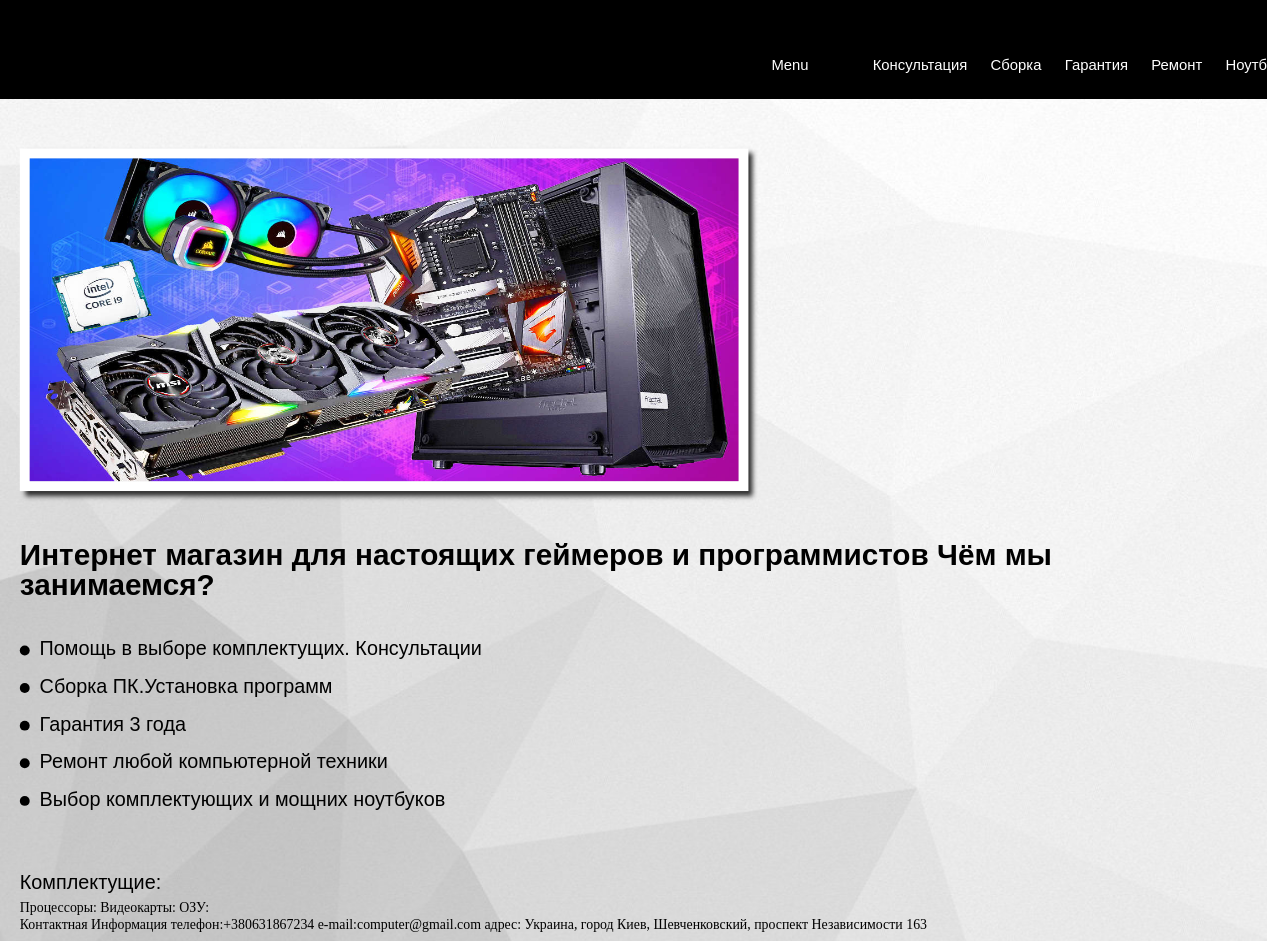
Repository: Bohdan-Sandovenko/First-Project-Flex
Page: index.html
An editor plug-in stored every save of this project. The page is shown before and after the next save, followed by the edit.
The browser window is 1280 px wide. The pictures show the whole page, at 99% of full size.
The style sheet was rebuilt from its Sass, Less or Tailwind sources for each picture, by a compiler version that may differ from the author's.

Above is the page before, as saved 2024-07-28 23:57:28.

### index.html
<!DOCTYPE html>
<html lang="en">
<head>
    <meta charset="UTF-8">
    <meta name="viewport" content="width=device-width, initial-scale=1.0">
    <link rel="stylesheet" href="css/style.css">
    <title>Document</title>
</head>
<body>
    <header class="top-of-site">
        <nav class="nav-links-of-top">
            <button class="button-menu">Menu</button>
            <a href="">Консультация</a>
            <a href="">Сборка</a>
            <a href="">Гарантия</a>
            <a href="">Ремонт</a>
            <a href="">Ноутбуки</a>
        </nav>
    </header>
    <main class="content">
        <div class="content-top">
            <div class="content-top-image-block">
                <img src="images/first images.jpg" alt="sorry" class="content-top-image">
            </div>
            <span class="content-top-text-inside">Интернет магазин для настоящих геймеров и программистов
            Чём мы занимаемся?</span>
            <ul class="content-top-list">
                <li>Помощь в выборе комплектущих. Консультации</li>
                <li>Сборка ПК.Установка программ</li>
                <li>Гарантия 3 года</li>
                <li>Ремонт любой компьютерной техники</li>
                <li>Выбор комплектующих и мощних ноутбуков</li>
            </ul>
        </div>
        <div class="content-bottom">
            Комплектущие:
            <div class="photos-computer-compotent">
                Процессоры:
                Видеокарты:
                ОЗУ:
            </div>
        </div>
        <footer class="footer">
            Контактная Информация
            телефон:+380631867234
            e-mail:computer@gmail.com
            адрес: Украина, город Киев, Шевченковский, проспект Независимости 163
        </footer>
    </main>
</body>
</html>

### css/style.scss
@import "nullstyles.scss";
$color-black: black;
$color-white: white;
$color-green: rgb(5, 132, 132);
$color-grey: rgb(196, 199, 199);
$color-content: rgb(235, 235, 235);
$font-family-top: Arial, Helvetica, sans-serif;
$font-weight-header: 400;
$back-color-list-before: black;

%styles-link-top {
    margin: 0 40px 0px 0px;
    height: 30px;
    width: 80px;
    border-radius: 5px;
    background-color: $color-black;
    color: $color-white;
    font-family: $font-family-top;
    font-weight: $font-weight-header;
    font-size: 15px;
}

.top-of-site {
    width: 100%;
    height: 100px;
    background-color: black;
    padding: 50px;
    position: fixed;

    .nav-links-of-top {
        position: relative;
        top: 50%;
        right: -60%;

        .button-menu {
            // margin: 0 40px 0px 0px;
            // height: 30px;
            // width: 80px;
            // border-radius: 5px;
            // background-color: $color-black;
            // color: $color-white;
            // font-family: $font-family-top;
            // font-weight: $font-weight-header;
            // font-size: 15px;
            @extend %styles-link-top;

            &:hover {
                opacity: 0.9;
                border: 1px solid $color-green;
            }

            &:active {
                width: 79.5px;
                color: $color-grey;
            }

        }
    }

    a {
        padding: 0 20px 0 0;
        color: $color-white;
        font-family: Arial, Helvetica, sans-serif;
        font-weight: 400;
        font-size: 15px;
    }
}

////////////////////////////////////////////////////////////////////////////////////////////////
.content {
    padding: 100px 20px 10px 20px;
    background: url('../images/background-1.jpg');

    .content-top {
        margin-bottom: 50px;

        .content-top-image-block {
            margin: 50px 0px 50px 0px;

            .content-top-image {
                width: 736px;
                height: 346px;
                border: 10px solid $color-white;
                box-shadow: 5px 5px 5px rgb(41, 41, 41);
            }
        }

        .content-top-text-inside {
            font-family: $font-family-top;
            font-weight: 700;
            font-size: 30px;
        }

        .content-top-list {
            margin-top: 30px;
        }

        .content-top-list li {
            font-family: $font-family-top;
            font-size: 20px;
            line-height: 1.9;

            &::before {
                content: "";
                border-radius: 50%;
                width: 10px;
                height: 10px;
                background-color: $back-color-list-before;
                display: inline-block;
                margin-right: 10px;
            }

            &:nth-child(1):hover {
                font-size: 21px;
                font-weight: bold;
            }

            &:nth-child(2):hover {
                font-size: 21px;
                font-weight: bold;
            }

            &:nth-child(3):hover {
                font-size: 21px;
                font-weight: bold;
            }

            &:nth-child(4):hover {
                font-size: 21px;
                font-weight: bold;
            }

            &:nth-child(5):hover {
                font-size: 21px;
                font-weight: bold;
            }

            &:hover::before {
                background-color: rgb(140, 4, 4);
            }
        }
    }

    ///content bottom
    .content-bottom {
        line-height: 1.5;

        &::first-line {
            font-family: $font-family-top;
            font-weight: 400;
            font-size: 20px;
        }
    }
}

### css/nullstyles.scss
* {
    padding: 0;
    margin: 0;
    border: 0;
}


*,
*:before,
*:after {
    -webkit-box-sizing: border-box;
    -moz-box-sizing: border-box;
    box-sizing: border-box;
}


:focus,
:active {
    outline: none;
}

a:focus,
a:active {
    outline: none;
}


nav,
footer,
header,
aside {
    display: block;
}


html,
body {
    height: 100%;
    width: 100%;
    font-size: 100%;
    line-height: 1;
    font-size: 14px;
    -ms-text-size-adjust: 100%;
    -moz-text-size-adjust: 100%;
    -webkit-text-size-adjust: 100%;
}


input,
button,
textarea {
    font-family: inherit;
}


input::-ms-clear {
    display: none;
}

button {
    cursor: pointer;
}

button::-moz-focus-inner {
    padding: 0;
    border: 0;
}

a,
a:visited {
    text-decoration: none;
}

a:hover {
    text-decoration: none;
}

ul li {
    list-style: none;
}

img {
    vertical-align: top;
}

h1,
h2,
h3,
h4,
h5,
h6 {
    font-size: inherit;
    font-weight: 400;
}

After the next save:
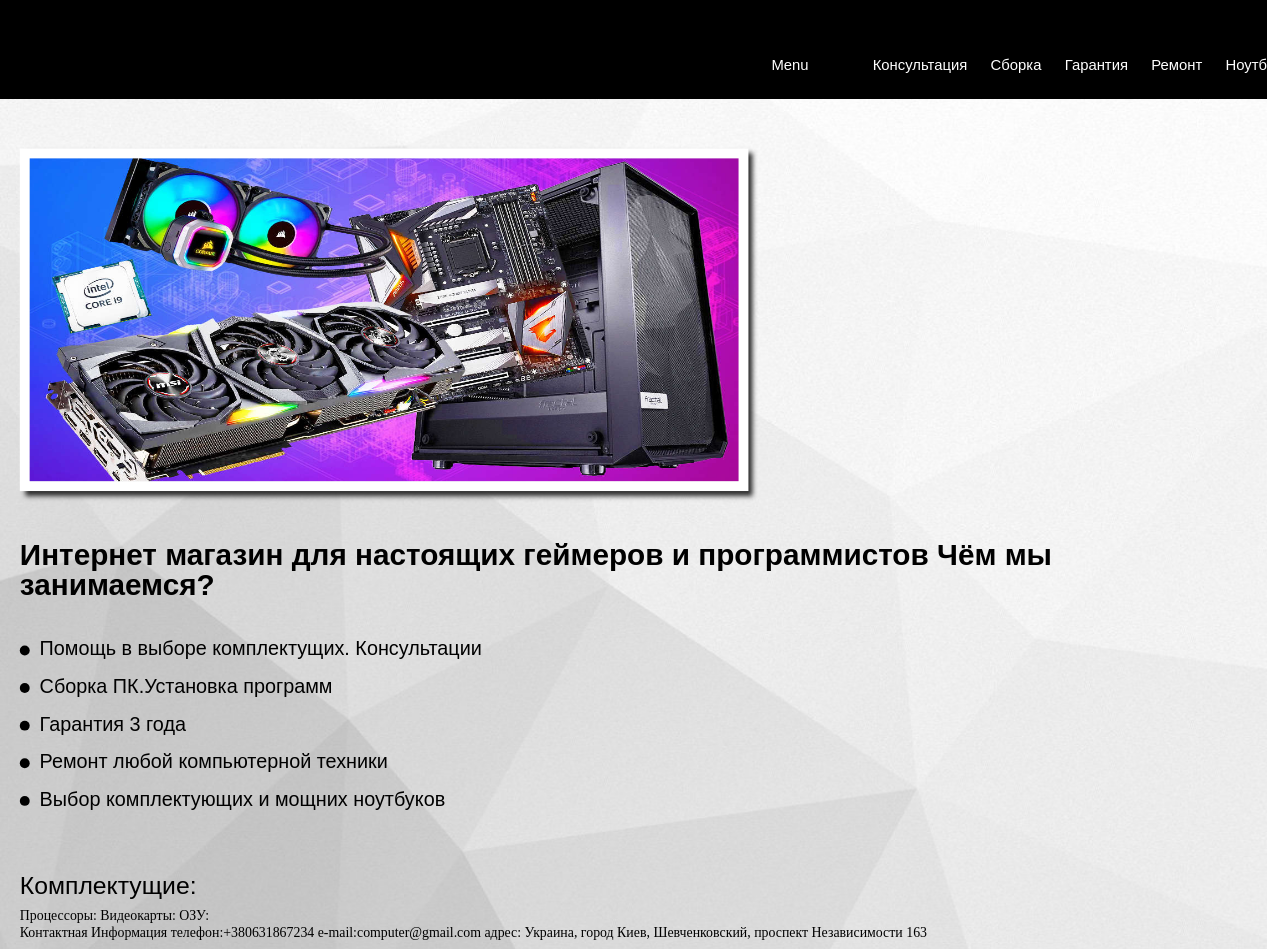
Saved 88 s later.
--- a/css/style.scss
+++ b/css/style.scss
@@ -147,8 +147,8 @@
 
         &::first-line {
             font-family: $font-family-top;
-            font-weight: 400;
-            font-size: 20px;
+            font-weight: 500;
+            font-size: 25px;
         }
     }
 }
